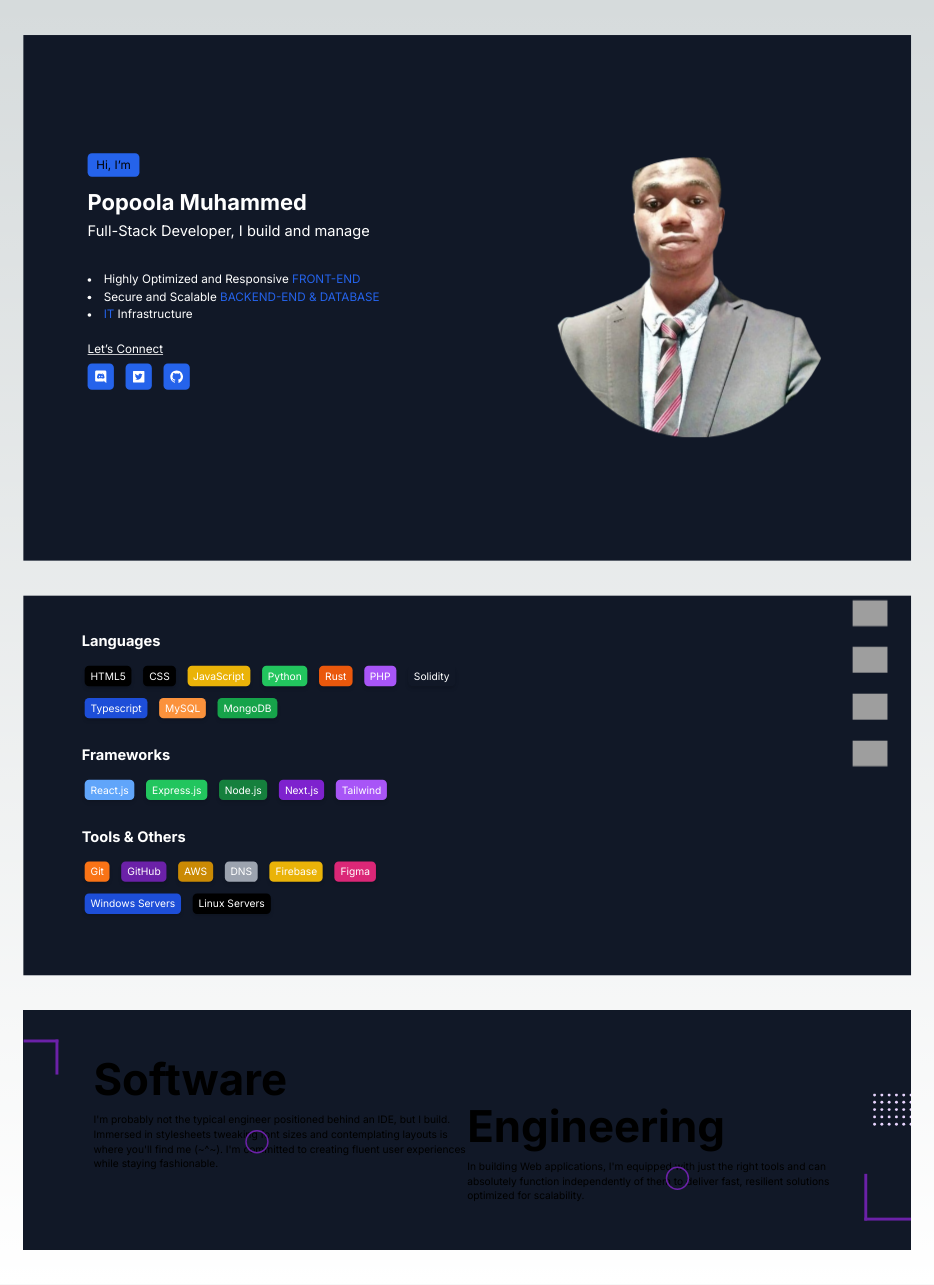
Repository: muhammedctgr/hammedctgr
Page: /
These files come from the project's save history. The page is drawn as it stood at one moment and after the next save; the edit follows.
The browser window is 1280 px wide. The pictures show the whole page, at 73% of full size.
Pictures or frames that could not be fetched are drawn as grey boxes. The project was rebuilt for these pictures with package versions that can differ from the ones it lists, and the page was loaded fresh each time. The framework's server and built-in components were replaced by stand-ins that run in the browser. Also part of the build but not shown: next.config.mjs.

Above is the page before, as saved 2024-08-03 08:39:37.

After the next save:
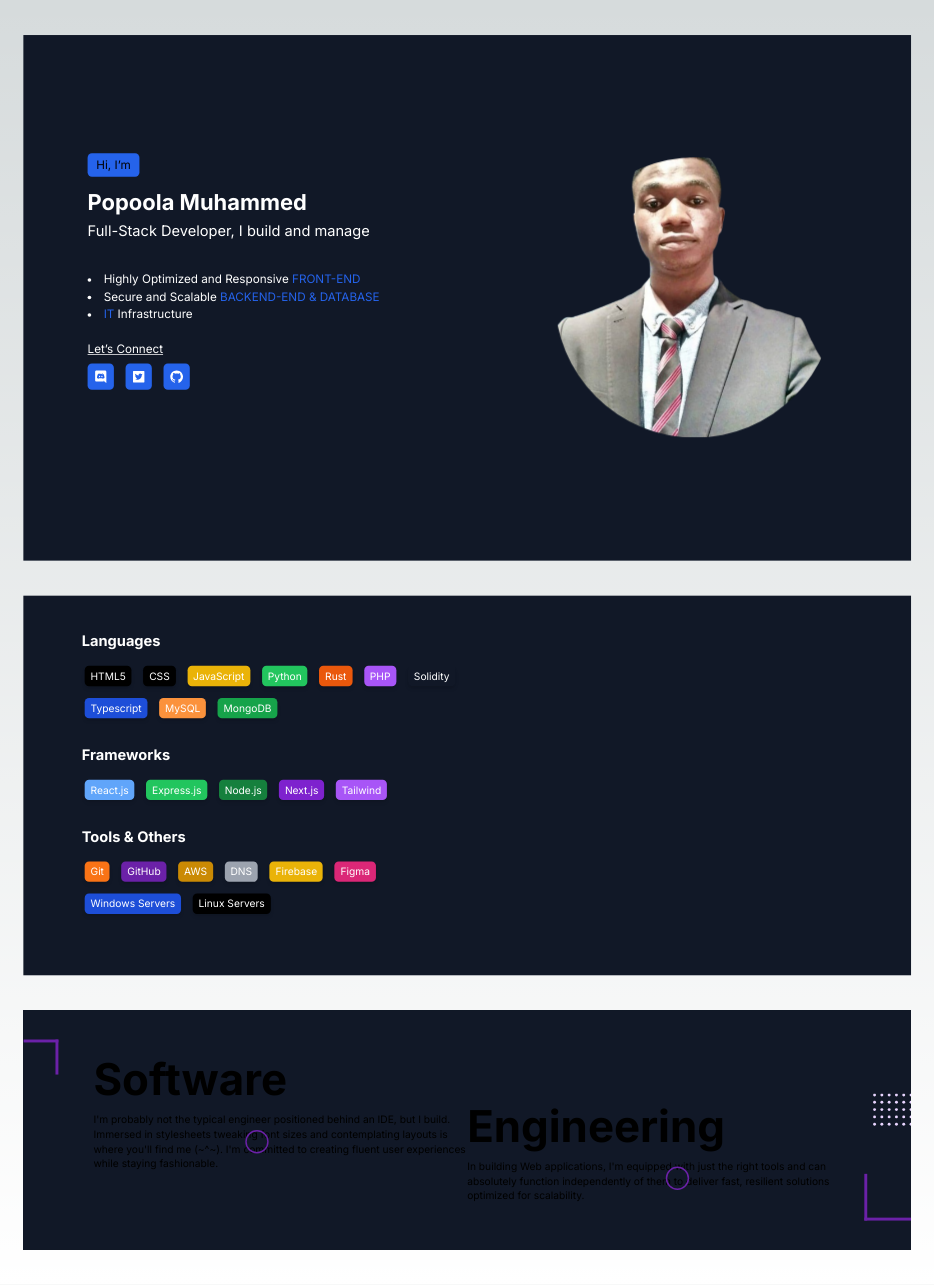
Saved 4 min 10 s later.
--- a/components/SkillsSection.tsx
+++ b/components/SkillsSection.tsx
@@ -77,13 +77,7 @@ const SkillsSection: FC = () => {
           ))}
         </div>
         <div className="flex-1 flex flex-col items-center md:items-end">
-          <div className="grid grid-cols-3 md:grid-cols-1 gap-4">
-            {icons.map((src, index) => (
-              <div key={index} className="w-12 h-12 relative">
-                <Image src={src} alt={`icon-${index}`} layout="fill" objectFit="contain" />
-              </div>
-            ))}
-          </div>
+
         </div>
       </div>
     </section>

After the save that followed:
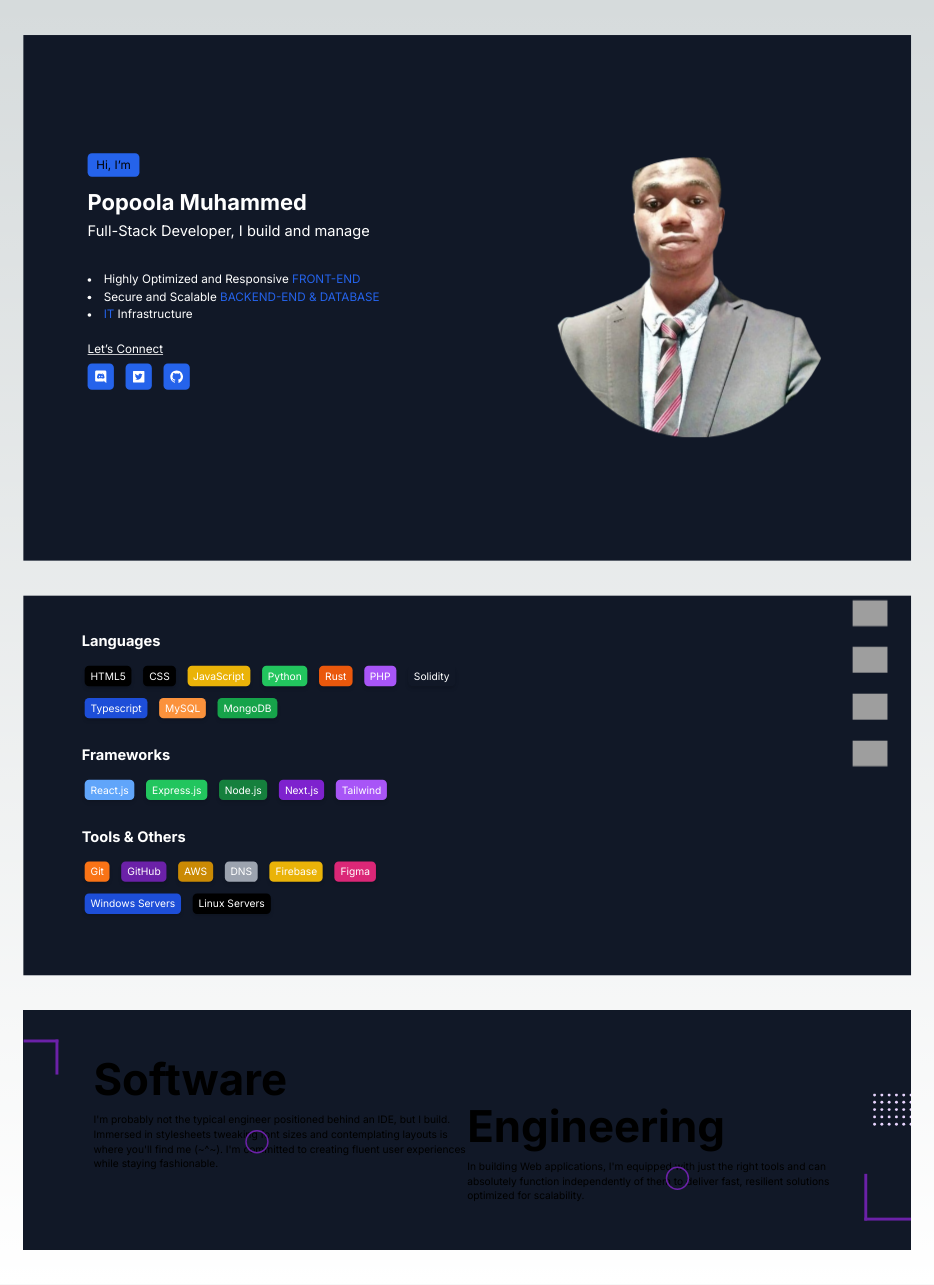
Saved 13 s later.
--- a/components/SkillsSection.tsx
+++ b/components/SkillsSection.tsx
@@ -77,7 +77,13 @@ const SkillsSection: FC = () => {
           ))}
         </div>
         <div className="flex-1 flex flex-col items-center md:items-end">
-
+          <div className="grid grid-cols-3 md:grid-cols-1 gap-4">
+            {icons.map((src, index) => (
+              <div key={index} className="w-12 h-12 relative">
+                <Image src={src} alt={`icon-${index}`} layout="fill" objectFit="contain" />
+              </div>
+            ))}
+          </div>
         </div>
       </div>
     </section>
